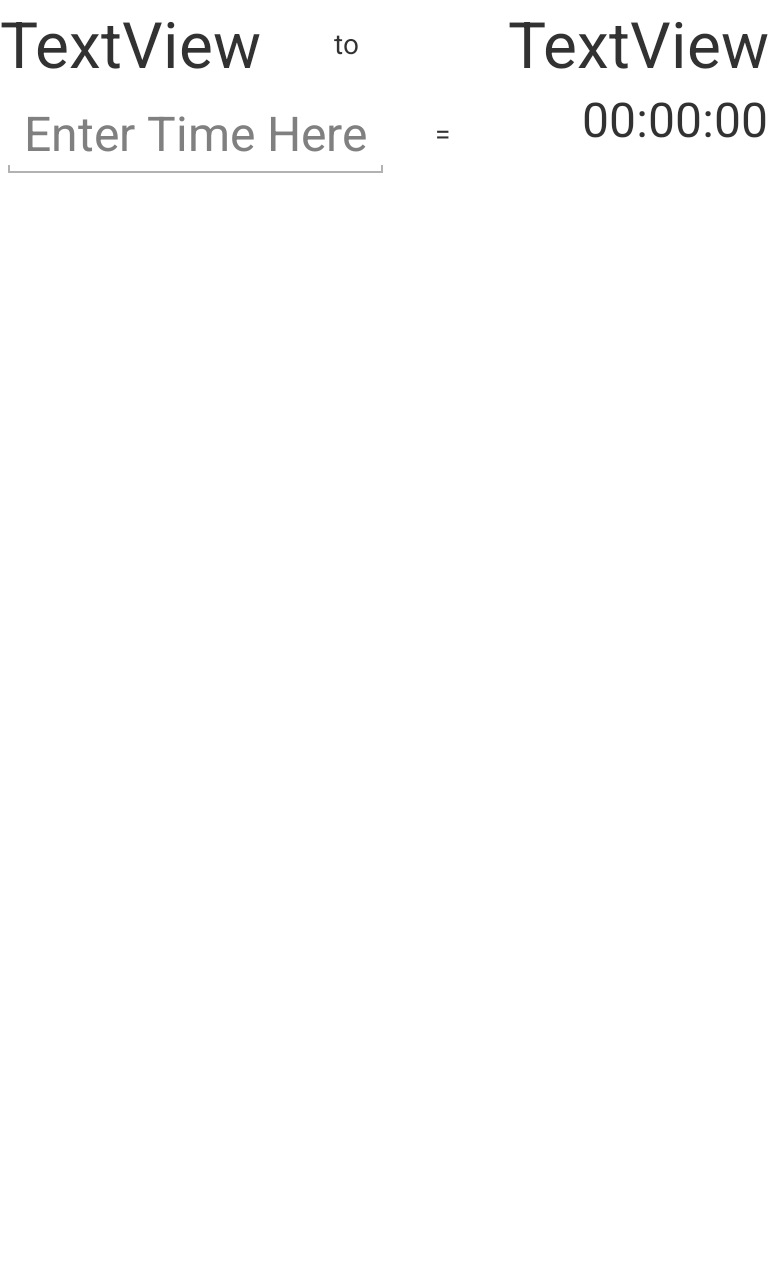
Repository: downinew/AndroidCoachesRaceTimer
Layout: CoachesRaceTimer/res/layout/convert_dialog.xml
An editor plug-in stored every save of this project. The layout is shown before and after the next save, followed by the edit.
It is drawn on a 768 x 1280 px phone screen (xhdpi) without system bars, with theme AppTheme; the app's code is not run.

Above is the layout before, as saved 2015-02-19 02:34:41.

After the next save:
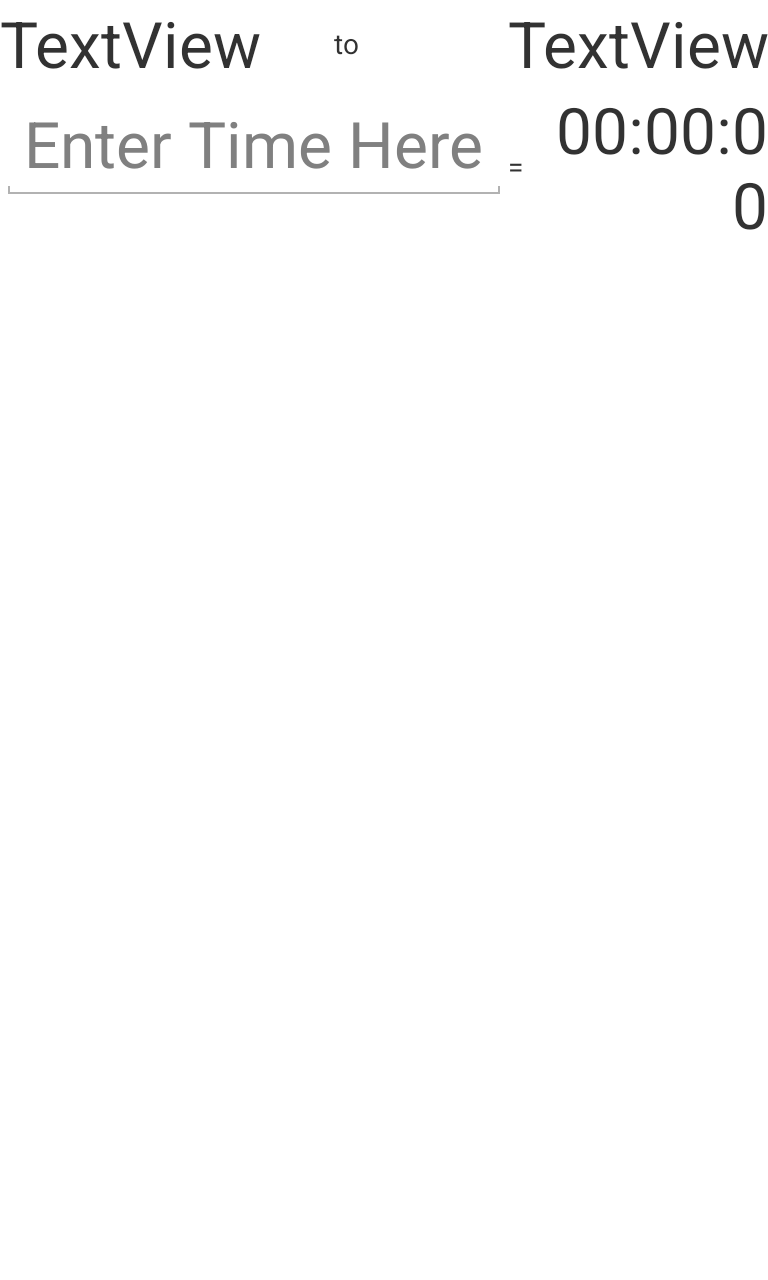
Saved 2 min 0 s later.
--- a/CoachesRaceTimer/res/layout/convert_dialog.xml
+++ b/CoachesRaceTimer/res/layout/convert_dialog.xml
@@ -48,7 +48,7 @@
             android:layout_height="wrap_content"
             android:layout_gravity="start"
             android:hint="Enter Time Here"
-            android:textSize="24sp" />
+            android:textSize="32sp" />
 
         <TextView
             android:id="@+id/equalText"
@@ -66,7 +66,7 @@
             android:gravity="right"
             android:text="00:00:00"
             android:layout_weight="1"
-            android:textSize="24sp" />
+            android:textSize="32sp" />
 
     </LinearLayout>
 
